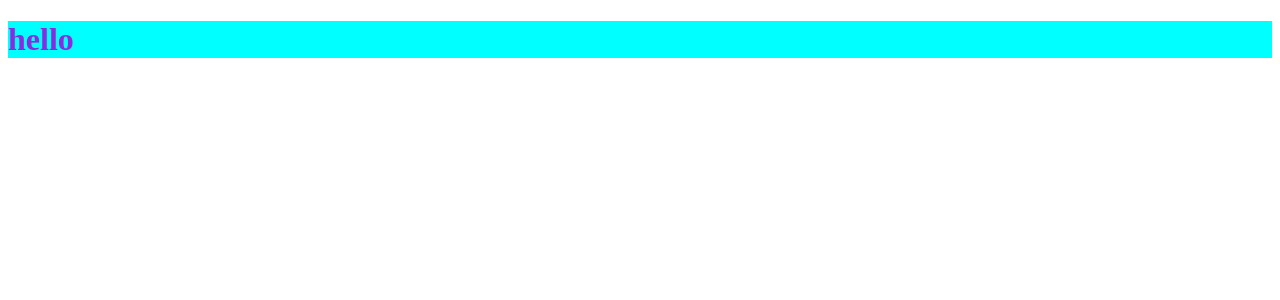
Repository: Jutta197/frontend726
Page: css_ex/color/index.html
The author's editor kept a copy of each file at every save. The page is drawn from the files as they stood at one save, then again after the next save.
The browser window is 1280 px wide. The pictures show the whole page.

Above is the page before, as saved 2023-07-28 12:22:47.

### css_ex/color/index.html
<!DOCTYPE html>
<html lang="en">

<head>
    <meta charset="UTF-8">
    <meta name="viewport" content="width=device-width, initial-scale=1.0">
    <title>Document</title>
    <link rel="stylesheet" href="style.css">
</head>

<body>
    <h1>hello</h1>

</body>

</html>

### css_ex/color/style.css
h1 {
    color: blueviolet;
    background-color: aqua;
}

After the next save:
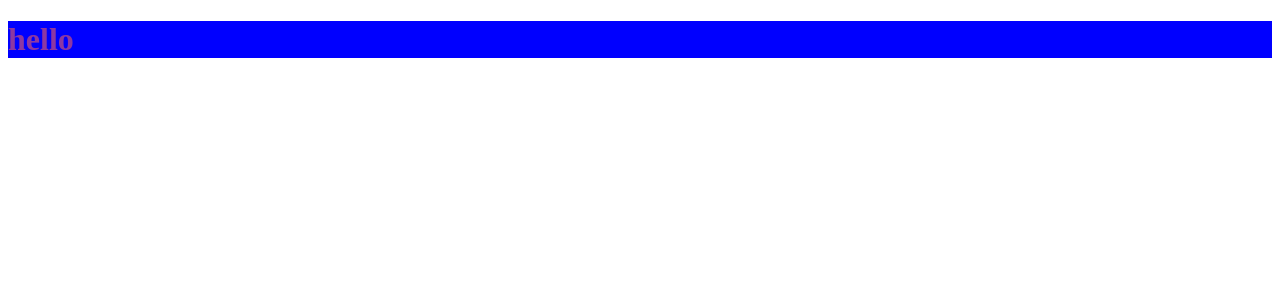
Saved 4 min 42 s later.
--- a/css_ex/color/style.css
+++ b/css_ex/color/style.css
@@ -1,4 +1,8 @@
 h1 {
     color: blueviolet;
-    background-color: aqua;
+    background-color: #0000FF;
 }
+
+h1 {
+    color: rgb(141, 56, 161);
+}
